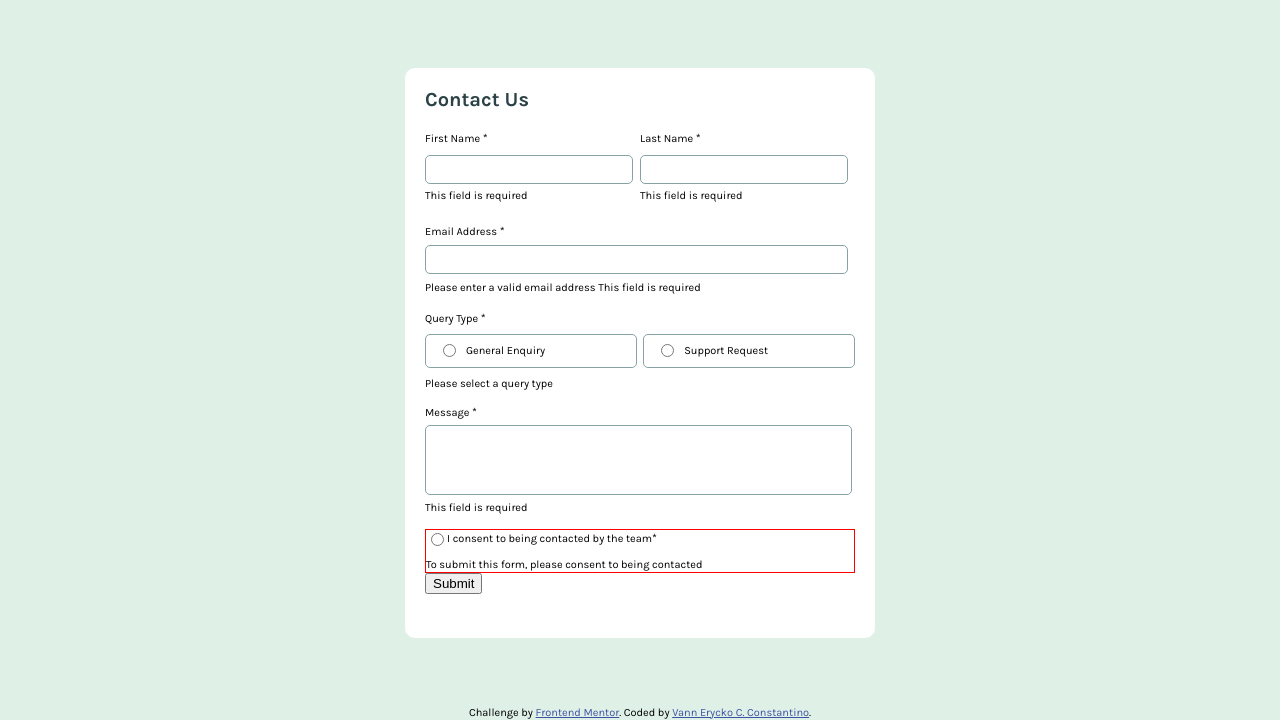
Repository: kocokoy/contact-form
Page: contact-form-main/index.html
An editor plug-in stored every save of this project. The page is shown before and after the next save, followed by the edit.
The browser window is 1280 px wide. The pictures show the whole page.

Above is the page before, as saved 2024-10-24 10:56:55.

After the next save:
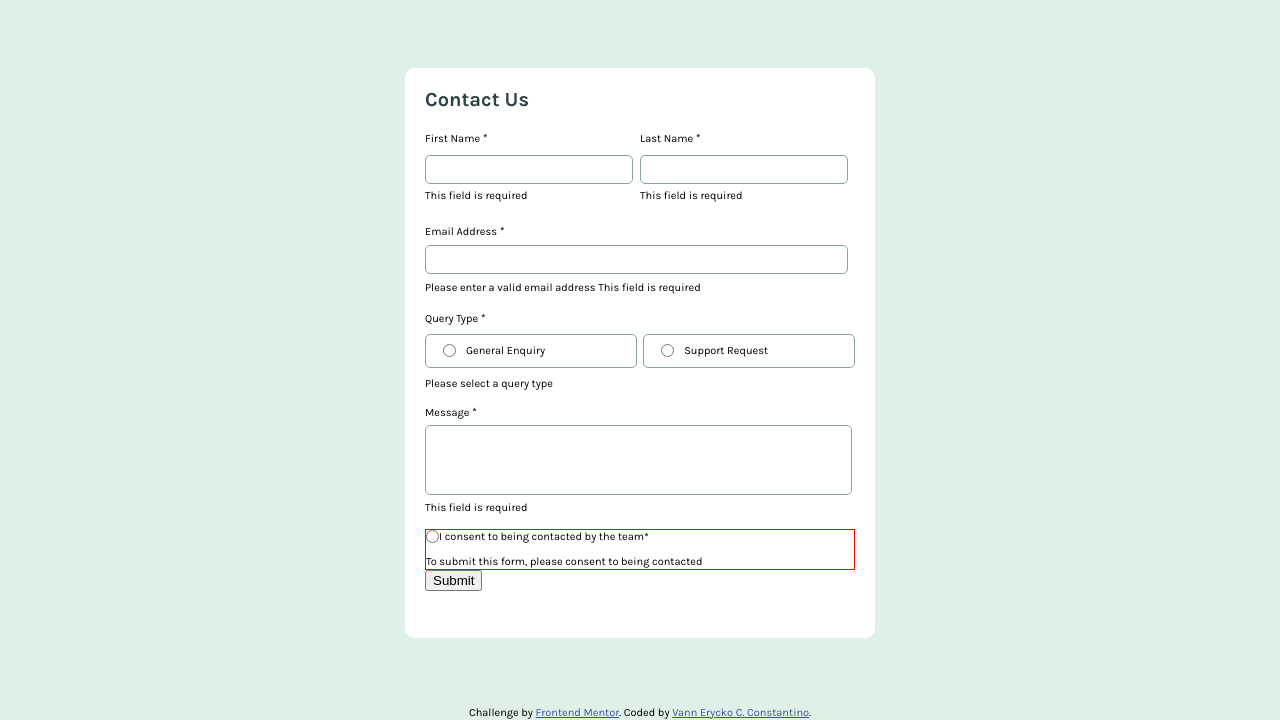
Saved 11 s later.
--- a/contact-form-main/styles/style.css
+++ b/contact-form-main/styles/style.css
@@ -152,8 +152,7 @@ span {
 }
 
 .consent-section input{
-  padding: 0;
-  margin-bottom: 1px;
+  margin: 0;
 }
 
 .consent-section div{
